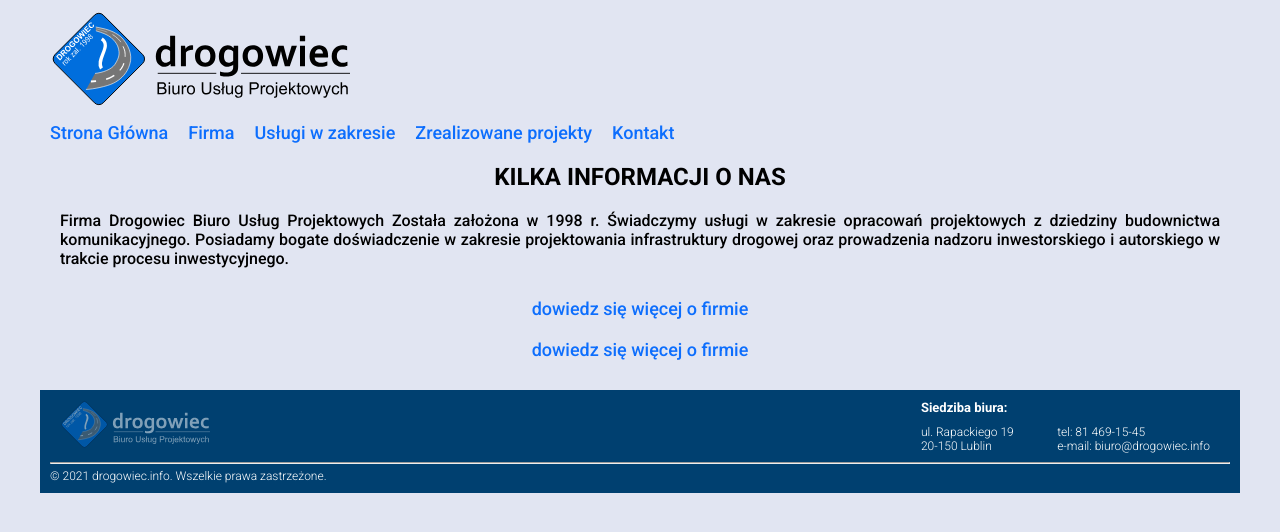
Repository: AdamBodzak/WTF_v2
Page: index.html
An editor plug-in stored every save of this project. The page is shown before and after the next save, followed by the edit.
The browser window is 1280 px wide. The pictures show the whole page.

Above is the page before, as saved 2021-01-11 20:29:15.

### index.html
<!DOCTYPE html>
<html lang="pl">
<head>
    <meta charset="UTF-8">
    <meta name="viewport" content="width=device-width, initial-scale=1.0">
    <link rel="preconnect" href="https://fonts.gstatic.com">
    <link rel="stylesheet" href="style.css" type="text/css">
    <title>DROGOWIEC Biuro Usług Projektowych</title>
</head>
<body>
    <header>
        <a href="index.html">
            <img id="logo" src="./img/LogoBlack.svg" alt="Logo image">
        </a>
        <nav>
            <ul id="nawigationBar">
                <li> <a class="menuItem" href="#"> Strona Główna </a></li>
                <li> <a class="menuItem" href="#"> Firma </a></li>
                <li> <a class="menuItem" href="#"> Usługi w zakresie </a></li>
                <li> <a class="menuItem" href="#"> Zrealizowane projekty </a></li>
                <li> <a class="menuItem" href="#"> Kontakt </a></li>
            </ul>
        </nav>
    </header>
    <main>
        <section id="section">
            <h1 id="hederSection">KILKA INFORMACJI O NAS</h1>
            <p id="paragrafSection">
                Firma Drogowiec Biuro Usług Projektowych Została założona w 1998 r.
                Świadczymy usługi w zakresie opracowań projektowych z dziedziny budownictwa
                komunikacyjnego. Posiadamy bogate doświadczenie w zakresie projektowania infrastruktury
                drogowej oraz prowadzenia nadzoru inwestorskiego i autorskiego w trakcie procesu inwestycyjnego.
            </p>
            <a id="buttonSection" href="#">
                dowiedz się więcej o firmie
            </a>
            <a id="buttonSection" href="#">
                dowiedz się więcej o firmie
            </a>
        </section>
    <main>
    <footer>
        <div id="footerID">
            <div class="footerElement">
                <a href="index.html">
                    <img id="logoFooter" src="./img/LogoWhite.svg" alt="Logo image">
                </a>
            </div>
            <div id="kontakt" class="footerElement">
                <h2 id="footerHeder">
                    Siedziba biura:
                </h2>
                <p id="footerKontakt">
                    ul. Rapackiego 19 <br>
                    20-150 Lublin
                </p>
                <p id="footerKontakt">
                    tel: 81 469-15-45 <br>
                    e-mail: biuro@drogowiec.info
                </p>
            </div>
            <hr>
            <p id="footerLow">
                © 2021 drogowiec.info. Wszelkie prawa zastrzeżone.
            </p>
        </div>
    </footer>
</body>
</html>

### style.css
@import url('https://fonts.googleapis.com/css2?family=Roboto:wght@300;500;700&display=swap');

* {
    box-sizing: border-box;
    margin: 0px;
    padding: 0px;
}

body {
    max-width: 1200px;
    font-weight: 500;
    font-family: 'Roboto', sans-serif;
    background-color: #E1E5F2;
    margin-left: auto;
    margin-right: auto;
}

#logo {
    width: 300px;
    margin: 10px;
}

#nawigationBar{
    display: flex;
    flex-flow: row;
    /* text-align: right;
    margin-right: 20px;
    height: 44px; */
}

#nawigationBar>li {
    display: block;
}

.menuItem{
    font-size: 18px;
    color: #0d6efd;
    text-decoration: none;
    padding: 10px;
}

.menuItem:hover {
    color: #FFF;
    background-color:#0d6efd;
}

#section {
    display: flex;
    flex-flow: column;
    justify-content: center;
}

#hederSection {
    display: block;
    text-align: center;
    padding: 20px 20px 0px 20px;
}

#paragrafSection {
    display: block;
    text-align: justify;
    padding: 20px;
}

#buttonSection {
    display: block;
    text-align: center;
    font-size: 18px;
    color: #0d6efd;
    text-decoration: none;
    padding: 10px;
}

#buttonSection:hover {
    color: #FFF;
    background-color:#0d6efd;
}

#logoFooter {
    width: 150px;
    opacity: 0.5;
}

.footerElement {
    display: inline-block;
    margin: 10px;
}

#footerID {
    position: relative;
    margin-top: 20px;
    padding: 0px 10px 10px 10px;
    font-weight: 300;
    font-size: 14px;
    color: white;
    background-color: #004070;
}

#kontakt {
    position: absolute;
    right: 0px;
}

#footerKontakt {
    display: inline-block;
    font-size: 12px;
    margin: 10px 20px;
}

#footerHeder {
    margin: 0px 20px;
    font-size: 13px;
}

#footerLow {
    font-size: 12px;
    padding-top: 5px;
}

Loaded but not shown: img/LogoWhite.svg (19 lines, source omitted); img/LogoBlack.svg (19 lines, source omitted)

After the next save:
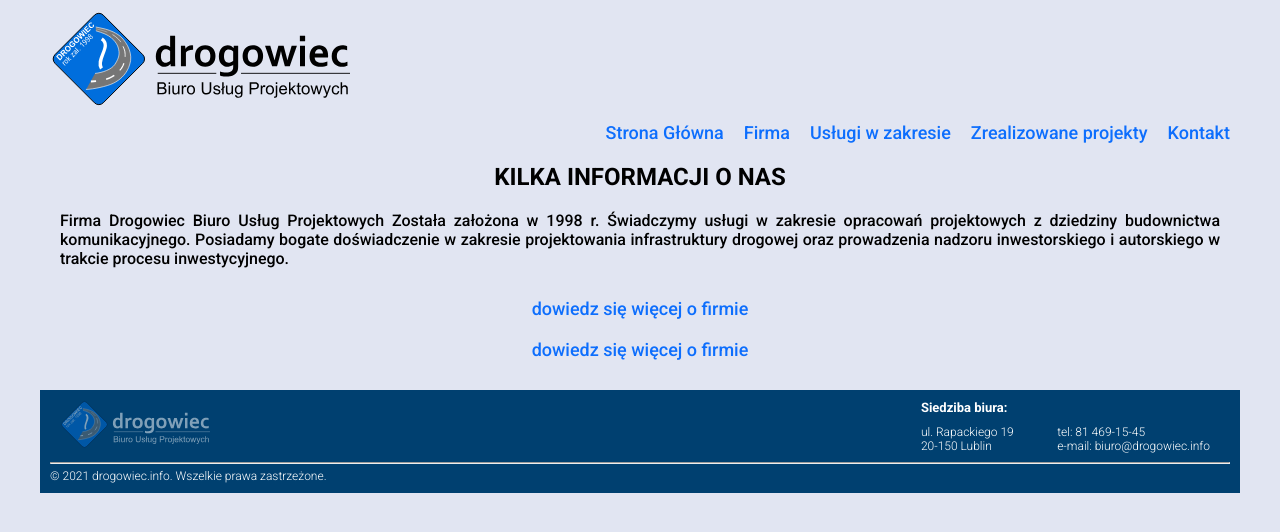
Saved 103 s later.
--- a/style.css
+++ b/style.css
@@ -23,6 +23,7 @@
 #nawigationBar{
     display: flex;
     flex-flow: row;
+    justify-content: right;
     /* text-align: right;
     margin-right: 20px;
     height: 44px; */

After the 2 saves that followed:
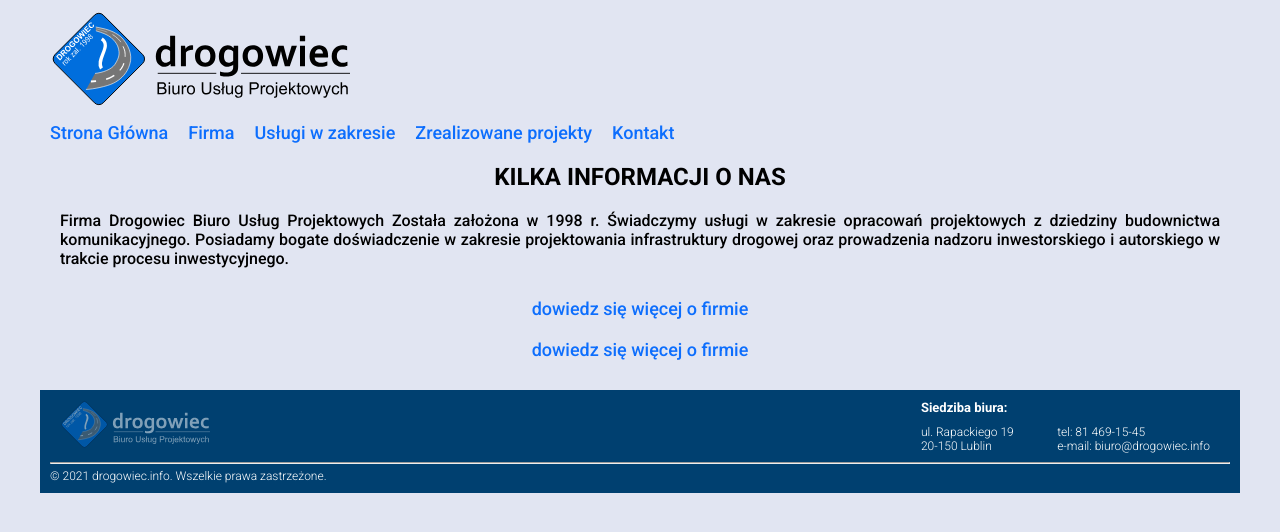
The 2 saves are shown as one change because 1 left the picture as it was.
The last was saved 14 min 22 s later.
--- a/style.css
+++ b/style.css
@@ -23,7 +23,7 @@
 #nawigationBar{
     display: flex;
     flex-flow: row;
-    justify-content: right;
+    align-items: flex-end;
     /* text-align: right;
     margin-right: 20px;
     height: 44px; */
